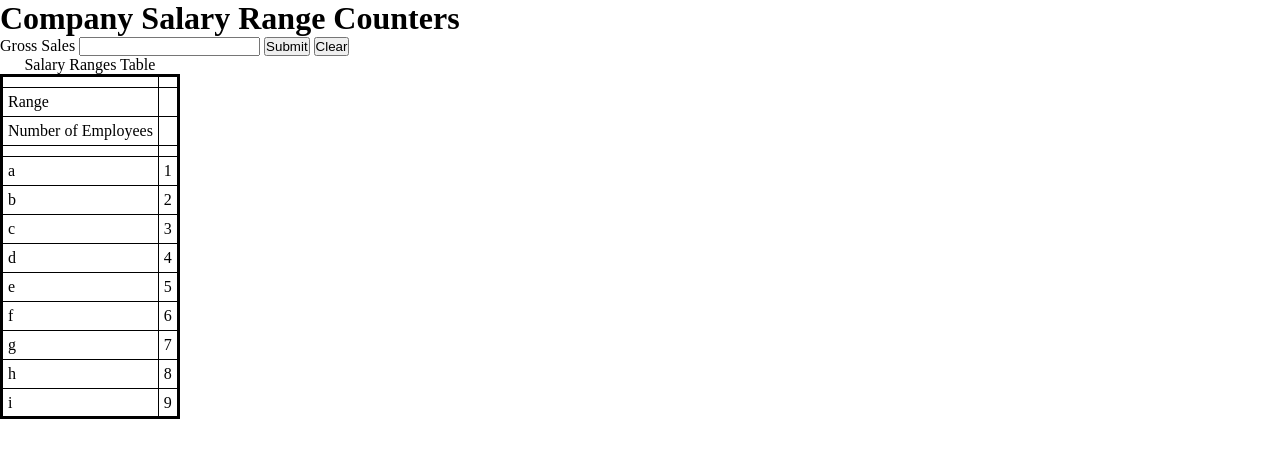
Repository: mlmEFSC21/P17-Sales-Commision
Page: sales.html
An editor plug-in stored every save of this project. The page is shown before and after the next save, followed by the edit.
The browser window is 1280 px wide. The pictures show the whole page.

Above is the page before, as saved 2022-03-29 15:10:34.

After the next save:
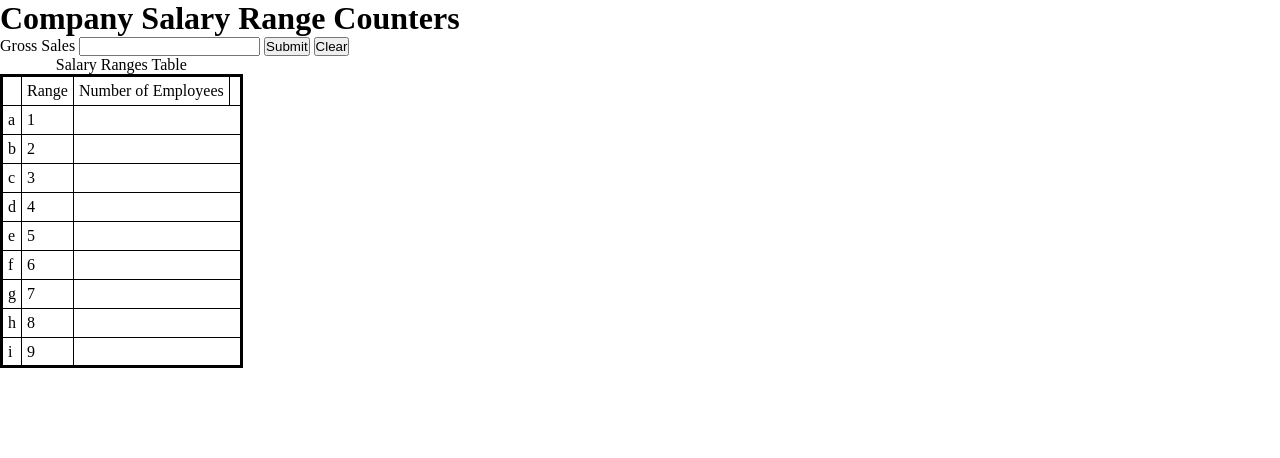
Saved 20 s later.
--- a/sales.html
+++ b/sales.html
@@ -22,12 +22,12 @@
                 </caption>
                 <thead>
                     <th>
-                        <tr>
+
                             <td>Range</td>
-                        </tr>
-                        <tr>
+
+
                             <td>Number of Employees</td>
-                        </tr>
+
                     </th>
                     <th></th>
                 </thead>
